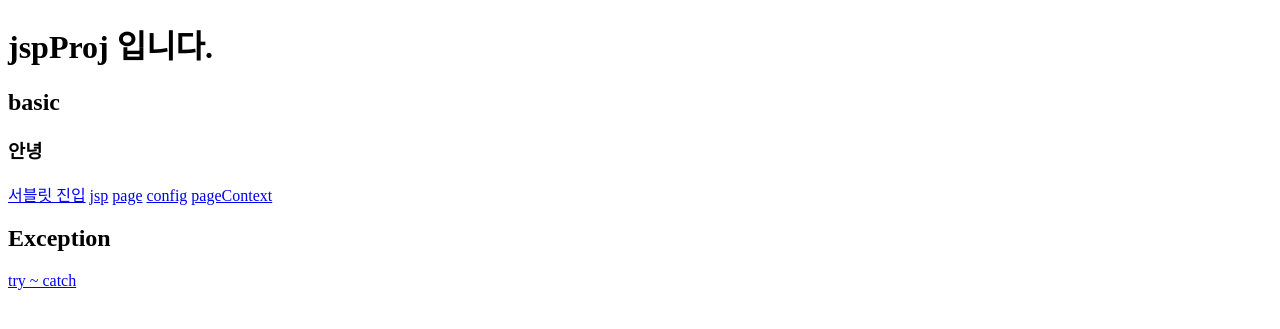
Repository: pshho/newJspProject
Page: http://localhost/JspProj/
An editor plug-in stored every save of this project. The page is shown before and after the next save, followed by the edit.
The browser window is 1280 px wide. The pictures show the whole page.
The page is served by Tomcat 9. Other server files are loaded and not shown.

Above is the page before, as saved 2023-07-26 01:05:59.

### JspProj/src/main/webapp/index.jsp
<%@ page language="java" contentType="text/html; charset=UTF-8"
    pageEncoding="UTF-8"%>
<!DOCTYPE html>
<html>
<head>
<meta charset="UTF-8">
<title>jspProj 입니다.</title>
</head>
<body>
	<h1>jspProj 입니다.</h1>
	<h2>basic</h2>
	<h3>안녕</h3>
	<a href="basic/First">서블릿 진입</a>
	<a href="basic/03_third.jsp">jsp</a>
	<a href="basic/04_page.jsp">page</a>
	<a href="basic/05_config.jsp">config</a>
	<a href="basic/06_pageContext.jsp">pageContext</a>
	<h2>Exception</h2>
	<a href="err/aaa.jsp">try ~ catch</a>
</body>
</html>

After the next save:
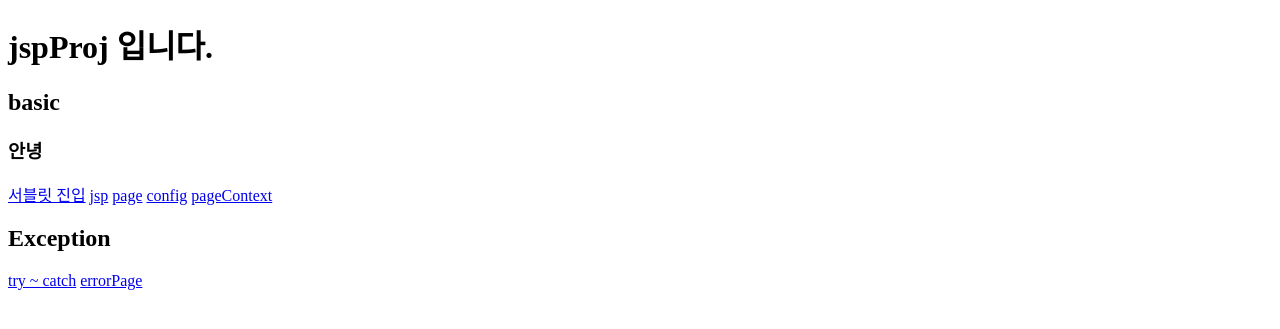
Saved 36 min 17 s later.
--- a/JspProj/src/main/webapp/index.jsp
+++ b/JspProj/src/main/webapp/index.jsp
@@ -17,5 +17,6 @@
 	<a href="basic/06_pageContext.jsp">pageContext</a>
 	<h2>Exception</h2>
 	<a href="err/aaa.jsp">try ~ catch</a>
+	<a href="err/bbb.jsp">errorPage</a>
 </body>
 </html>
